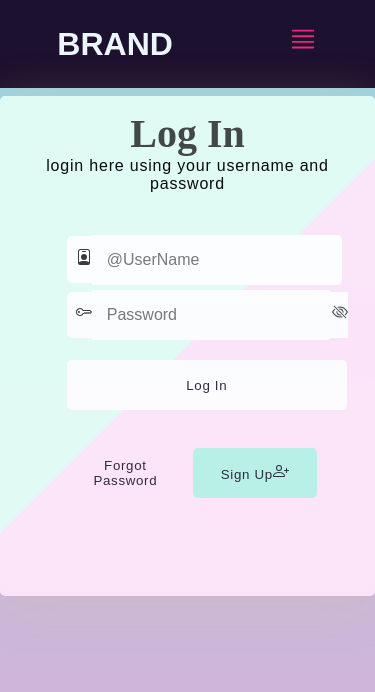
Repository: code-mtaani/ojwang-frontend
Page: /signup
The author's editor kept a copy of each file at every save. The page is drawn from the files as they stood at one save, then again after a run of saves.
The browser window is 375 px wide. The pictures show the whole page.
The project was rebuilt for these pictures with package versions that can differ from the ones it lists, and the page was loaded fresh each time. Also part of the build but not shown: vite.config.ts, src/Pages/HomePage/Home.pages.tsx, src/Pages/SignIn/SignIn.pages.tsx.

Above is the page before, as saved 2023-02-01 10:53:04.

### src/App.tsx
import { BrowserRouter as Router, Routes, Route } from "react-router-dom";

import Navigation from "./Components/Nav";
import Home from './Pages/HomePage'
import SignIn from "./Pages/SignIn";
import SignUp from "./Pages/SignUp"

function App() {
  return (
    <Router>
      <div className="App">
        <Navigation />
        <Routes>
          <Route path="/" element={<Home />} />
          <Route path="/signin" element={<SignIn/>} />
          <Route path="/signup" element={<SignUp/>} />
        </Routes>
      </div>
    </Router>
  );
}

export default App;

### src/index.css
body {
  margin: 0;
  width: 100vw;
  padding: 0;
  min-width: 320px;
  min-height: 100vh;
  box-sizing: border-box;
}
.app{
  width: 100%;
  height: 100%;
}
@media screen and (min-width: 440px) {
  .app{
    border:2px solid green;
  }
}

### src/Components/Nav/index.js
export {default} from './Navigation.component'

### src/Pages/HomePage/index.ts
export { default } from "./Home.pages";

### src/Pages/SignIn/index.ts
export { default } from './SignIn.pages'

### src/Pages/SignUp/index.ts
export {default} from './SignUp.pages'

### src/Components/Nav/Navigation.component.tsx
import React from "react";
import {Link} from "react-router-dom"
import './nav.css'

const Navigation = () => {
  return (
    <nav className="navbar">
      <div className="left">
        <h1><Link to="/"> BRAND </Link></h1>
      </div>

      <div className="right">
        <input type="checkbox" id="check" />
        <label htmlFor="check" className="checkBtn">
          <svg
            xmlns="http://www.w3.org/2000/svg"
            width="30"
            height="30"
            fill="currentColor"
            className="bi bi-justify"
            viewBox="0 0 16 16"
          >
            <path
              fillRule="evenodd"
              d="M2 12.5a.5.5 0 0 1 .5-.5h11a.5.5 0 0 1 0 1h-11a.5.5 0 0 1-.5-.5zm0-3a.5.5 0 0 1 .5-.5h11a.5.5 0 0 1 0 1h-11a.5.5 0 0 1-.5-.5zm0-3a.5.5 0 0 1 .5-.5h11a.5.5 0 0 1 0 1h-11a.5.5 0 0 1-.5-.5zm0-3a.5.5 0 0 1 .5-.5h11a.5.5 0 0 1 0 1h-11a.5.5 0 0 1-.5-.5z"
            />
          </svg>
        </label>

        <ul className="list">
          <li> <Link to="/">Home</Link></li>
          <li> <Link to="/signin">Sign In</Link></li>
          <li> <Link to="signup">Sign Up</Link></li>
        </ul>
      </div>
    </nav>
  );
};

export default Navigation;

### src/Pages/SignUp/SignUp.pages.tsx
import React from "react";
import "./Signup.css";

const SignUp = () => {
  return (
    <div className="overlay">
      <form>
        {/* con = Container  for items in the form */}
        <div className="con">
          {/* <!--     Start  header Content  --> */}
          <header className="head-form">
            <h2>Log In</h2>
            {/* <!--     A welcome message or an explanation of the login form --> */}
            <p>login here using your username and password</p>
          </header>
          {/* End  header Content */}
          <br />
          <div className="field-set">
            {/*user name */}
            <span className="input-item">
              <svg
                xmlns="http://www.w3.org/2000/svg"
                width="16"
                height="16"
                fill="currentColor"
                className="bi bi-person-badge"
                viewBox="0 0 16 16"
              >
                <path d="M6.5 2a.5.5 0 0 0 0 1h3a.5.5 0 0 0 0-1h-3zM11 8a3 3 0 1 1-6 0 3 3 0 0 1 6 0z" />
                <path d="M4.5 0A2.5 2.5 0 0 0 2 2.5V14a2 2 0 0 0 2 2h8a2 2 0 0 0 2-2V2.5A2.5 2.5 0 0 0 11.5 0h-7zM3 2.5A1.5 1.5 0 0 1 4.5 1h7A1.5 1.5 0 0 1 13 2.5v10.795a4.2 4.2 0 0 0-.776-.492C11.392 12.387 10.063 12 8 12s-3.392.387-4.224.803a4.2 4.2 0 0 0-.776.492V2.5z" />
              </svg>
            </span>
            {/* user name Input */}
            <input
              className="form-input"
              id="txt-input"
              type="text"
              placeholder="@UserName"
              required
            />

            <br />

            {/*Password */}

            <span className="input-item">
              <svg
                xmlns="http://www.w3.org/2000/svg"
                width="16"
                height="16"
                fill="currentColor"
                className="bi bi-key"
                viewBox="0 0 16 16"
              >
                <path d="M0 8a4 4 0 0 1 7.465-2H14a.5.5 0 0 1 .354.146l1.5 1.5a.5.5 0 0 1 0 .708l-1.5 1.5a.5.5 0 0 1-.708 0L13 9.207l-.646.647a.5.5 0 0 1-.708 0L11 9.207l-.646.647a.5.5 0 0 1-.708 0L9 9.207l-.646.647A.5.5 0 0 1 8 10h-.535A4 4 0 0 1 0 8zm4-3a3 3 0 1 0 2.712 4.285A.5.5 0 0 1 7.163 9h.63l.853-.854a.5.5 0 0 1 .708 0l.646.647.646-.647a.5.5 0 0 1 .708 0l.646.647.646-.647a.5.5 0 0 1 .708 0l.646.647.793-.793-1-1h-6.63a.5.5 0 0 1-.451-.285A3 3 0 0 0 4 5z" />
                <path d="M4 8a1 1 0 1 1-2 0 1 1 0 0 1 2 0z" />
              </svg>
              {/*Password Input */}
              <input
                className="form-input"
                type="password"
                placeholder="Password"
                id="pwd"
                name="password"
                required
              />

              {/*  Show/hide password */}
              <span>
                <svg
                  xmlns="http://www.w3.org/2000/svg"
                  width="16"
                  height="16"
                  fill="currentColor"
                  className="bi bi-eye-slash"
                  viewBox="0 0 16 16"
                >
                  <path d="M13.359 11.238C15.06 9.72 16 8 16 8s-3-5.5-8-5.5a7.028 7.028 0 0 0-2.79.588l.77.771A5.944 5.944 0 0 1 8 3.5c2.12 0 3.879 1.168 5.168 2.457A13.134 13.134 0 0 1 14.828 8c-.058.087-.122.183-.195.288-.335.48-.83 1.12-1.465 1.755-.165.165-.337.328-.517.486l.708.709z" />
                  <path d="M11.297 9.176a3.5 3.5 0 0 0-4.474-4.474l.823.823a2.5 2.5 0 0 1 2.829 2.829l.822.822zm-2.943 1.299.822.822a3.5 3.5 0 0 1-4.474-4.474l.823.823a2.5 2.5 0 0 0 2.829 2.829z" />
                  <path d="M3.35 5.47c-.18.16-.353.322-.518.487A13.134 13.134 0 0 0 1.172 8l.195.288c.335.48.83 1.12 1.465 1.755C4.121 11.332 5.881 12.5 8 12.5c.716 0 1.39-.133 2.02-.36l.77.772A7.029 7.029 0 0 1 8 13.5C3 13.5 0 8 0 8s.939-1.721 2.641-3.238l.708.709zm10.296 8.884-12-12 .708-.708 12 12-.708.708z" />
                </svg>
              </span>
            </span>

            <br />
            {/*  buttons */}
            {/*button LogIn */}
            <button className="log-in"> Log In </button>
          </div>

          {/* other buttons */}
          <div className="other">
            {/* Forgot Password button */}
            <button className="btn submits frgt-pass">Forgot Password</button>
            {/* Sign Up button */}
            <button className="btn submits sign-up">
              Sign Up
              {/* Sign Up font icon */}
              <svg
                xmlns="http://www.w3.org/2000/svg"
                width="16"
                height="16"
                fill="currentColor"
                className="bi bi-person-plus"
                viewBox="0 0 16 16"
              >
                <path d="M6 8a3 3 0 1 0 0-6 3 3 0 0 0 0 6zm2-3a2 2 0 1 1-4 0 2 2 0 0 1 4 0zm4 8c0 1-1 1-1 1H1s-1 0-1-1 1-4 6-4 6 3 6 4zm-1-.004c-.001-.246-.154-.986-.832-1.664C9.516 10.68 8.289 10 6 10c-2.29 0-3.516.68-4.168 1.332-.678.678-.83 1.418-.832 1.664h10z" />
                <path
                  fillRule="evenodd"
                  d="M13.5 5a.5.5 0 0 1 .5.5V7h1.5a.5.5 0 0 1 0 1H14v1.5a.5.5 0 0 1-1 0V8h-1.5a.5.5 0 0 1 0-1H13V5.5a.5.5 0 0 1 .5-.5z"
                />
              </svg>
            </button>
            {/* End Other the Division */}
          </div>

          {/* End Conrainer */}
        </div>

        {/* End Form */}
      </form>
    </div>
  );
};

export default SignUp;

### src/Components/Nav/nav.css
.navbar{
    background-color: rgb(22,7,36);
    display: flex;
    justify-content: space-around;
    align-items: center;
    line-height: 5rem;
}

.left h1{
    font-size: 2rem;
    cursor: pointer;
}
.left h1 a{
    text-decoration: none;
    color: aliceblue;
}

.checkBtn{
    display: none;
}
#check{
    display: none;
}
.checkBtn{
    cursor: pointer;
    font-size: 30px;
    float: right;
    color: #ed1e79;
    line-height: 88px;
}

.right ul{
    display: flex;
    list-style: none;
}
.right ul li a {
    padding: 10px 20px;
    font-size: 1.2rem;
    color: white;
    cursor: pointer;
    text-decoration: none;
    transition: all 1s;
}

.right ul li a:hover{
    background-color: #fff;
    border-radius: 7px;
    color: rgb(22, 7, 36);
    margin-left: 4px ;
    margin-right: 4px ;
}

/* ================================== Media Queries=================================================== */

@media screen and (max-width:805px){
    .list{
        width: 100%;
        height: 100vh;
        background-color: rgb(22, 7, 36);
        text-align: center;
        display: flex;
        flex-direction: column;
        position: fixed;
        top: 5rem;
        left: 100%;
        transition: all 1s;
    }

    #check{
        display: none;
    }
    .checkBtn{
        display: block;
    }
    #check:checked~ul{
        left: 0%
    }
}
@media screen and (max-width:450px) {
    .navbar{
        width: 100vw;
    }

}

### src/Pages/SignUp/Signup.css

* {
    padding: 0;
    margin: 0;
    box-sizing: border-box;
}
/* End Global rules */

/* Start body rules */
body {
    background-image: linear-gradient(-225deg, #E3FDF5 0%, #FFE6FA 100%);
background-image: linear-gradient(to top, #a8edea 0%, #fed6e3 100%);
background-attachment: fixed;
  background-repeat: no-repeat;

    font-family: 'Vibur', cursive;
/*   the main font */
    font-family: 'Abel', sans-serif;
opacity: .95;
background-image: linear-gradient(to top, #d9afd9 0%, #97d9e1 100%);
}



/* |||||||||||||||||||||||||||||||||||||||||||||*/
/* //////////////////////////////////////////// */




/* End body rules */

/* Start form  attributes */
form {
    width: 450px;
    min-height: 500px;
    height: auto;
    border-radius: 5px;
    margin: 2% auto;
    box-shadow: 0 9px 50px hsla(20, 67%, 75%, 0.31);
    padding: 2%;
    background-image: linear-gradient(-225deg, #E3FDF5 50%, #FFE6FA 50%);
}
@media screen and (max-width:450px) {
    form{
        width: 100vw;
    }

}
/* form Container */
form .con {
    display: -webkit-flex;
    display: flex;

    -webkit-justify-content: space-around;
    justify-content: space-around;

    -webkit-flex-wrap: wrap;
    flex-wrap: wrap;
      margin: 0 auto;
}

/* the header form form */
header {
    margin: 2% auto 10% auto;
    text-align: center;
}
/* Login title form form */
header h2 {
    font-size: 250%;
    font-family: 'Playfair Display', serif;
    color: #3e403f;
}
/*  A welcome message or an explanation of the login form */
header p {letter-spacing: 0.05em;}



/* //////////////////////////////////////////// */
/* //////////////////////////////////////////// */


.input-item {
    background: #fff;
    color: #333;
    padding: 14.5px 0px 15px 9px;
    border-radius: 5px 0px 0px 5px;
}



/* Show/hide password Font Icon */
#eye {
    background: #fff;
    color: #333;

    margin: 5.9px 0 0 0;
    margin-left: -20px;
    padding: 15px 9px 19px 0px;
    border-radius: 0px 5px 5px 0px;

    float: right;
    position: relative;
    right: 1%;
    top: -.2%;
    z-index: 5;

    cursor: pointer;
}
/* inputs form  */
input[class="form-input"]{
    width: 240px;
    height: 50px;

    margin-top: 2%;
    padding: 15px;

    font-size: 16px;
    font-family: 'Abel', sans-serif;
    color: #5E6472;

    outline: none;
    border: none;

    border-radius: 0px 5px 5px 0px;
    transition: 0.2s linear;

}
input[id="txt-input"] {width: 250px;}
/* focus  */
input:focus {
    transform: translateX(-2px);
    border-radius: 5px;
}

/* //////////////////////////////////////////// */
/* //////////////////////////////////////////// */

/* input[type="text"] {min-width: 250px;} */
/* buttons  */
button {
    display: inline-block;
    color: #252537;

    width: 280px;
    height: 50px;

    padding: 0 20px;
    background: #fff;
    border-radius: 5px;

    outline: none;
    border: none;

    cursor: pointer;
    text-align: center;
    transition: all 0.2s linear;

    margin: 7% auto;
    letter-spacing: 0.05em;
}
/* Submits */
.submits {
    width: 48%;
    display: inline-block;
    float: left;
    margin-left: 2%;
}

/*       Forgot Password button FAF3DD  */
.frgt-pass {background: transparent;}

/*     Sign Up button  */
.sign-up {background: #B8F2E6;}


/* buttons hover */
button:hover {
    transform: translatey(3px);
    box-shadow: none;
}

/* buttons hover Animation */
button:hover {
    animation: ani9 0.4s ease-in-out infinite alternate;
}
@keyframes ani9 {
    0% {
        transform: translateY(3px);
    }
    100% {
        transform: translateY(5px);
    }
}

Loaded but not shown: index.html (common file); src/main.tsx (common file)

After the next 4 saves:
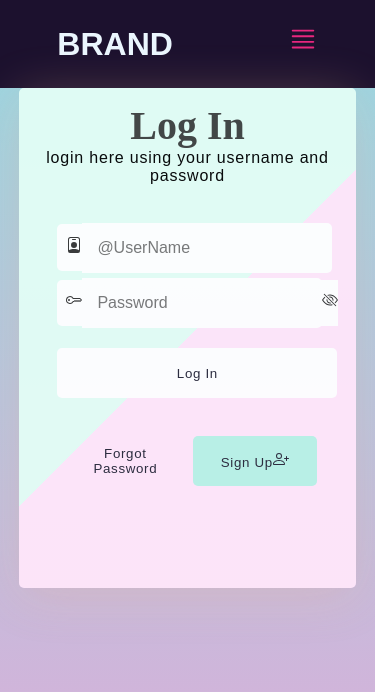
The 4 saves are shown as one change because they came seconds apart.
The last was saved 44 s later.
--- a/src/Pages/SignUp/Signup.css
+++ b/src/Pages/SignUp/Signup.css
@@ -43,7 +43,8 @@ form {
 }
 @media screen and (max-width:450px) {
     form{
-        width: 100vw;
+        width: 90vw;
+        margin: auto;
     }
 
 }
